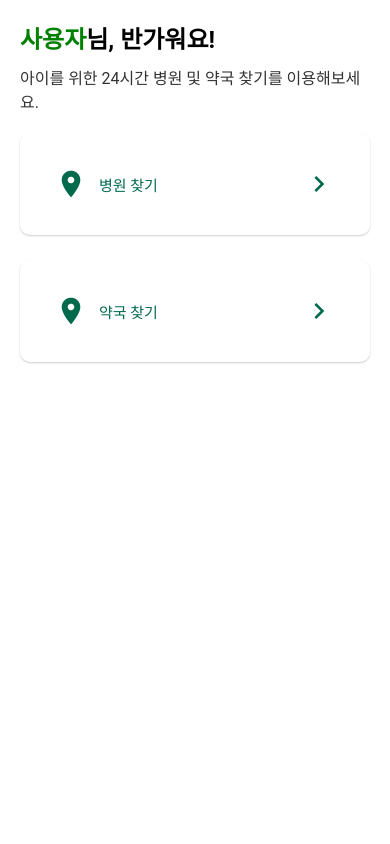
Repository: Sesac-icare/FrontEndiCare
Screen: / (app in iCare/)
The author's editor kept a copy of each file at every save. The screen is drawn from the files as they stood at one save, then again after the next save.
The app was drawn by React Native's web renderer in a window 390 px wide. The project was rebuilt for these pictures with package versions that can differ from the ones it lists, and the page was loaded fresh each time. Some packages were replaced by stand-ins written for this rebuild.

Above is the screen before, as saved 2025-02-04 16:07:29.

After the next save:
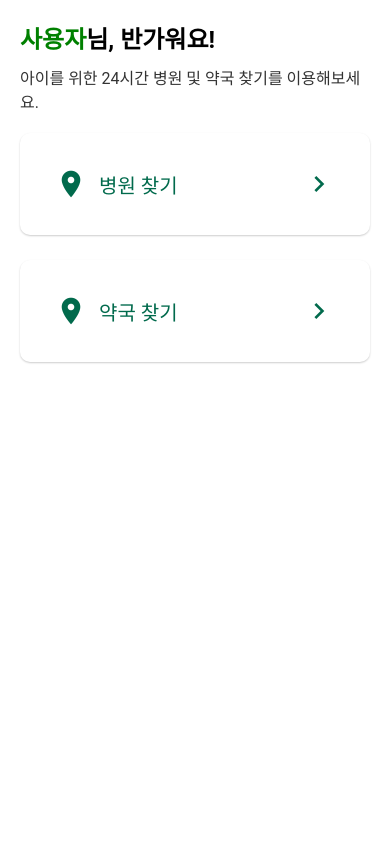
Saved 5 s later.
--- a/iCare/App.js
+++ b/iCare/App.js
@@ -214,7 +214,7 @@ const styles = StyleSheet.create({
     marginLeft: "auto"
   },
   buttonText: {
-    fontSize: 15,
+    fontSize: 20,
     color: "#016a4c",
     fontFamily: "NotoSansKR"
   }
